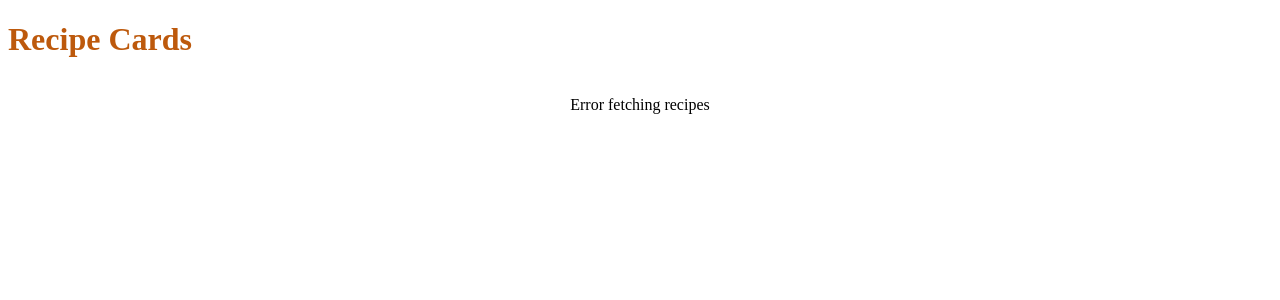
Repository: SharonSebastian32/food-search-filter-
Page: index.html
These files come from the project's save history. The page is drawn as it stood at one moment and after a run of saves; the edit follows.
The browser window is 1280 px wide. The pictures show the whole page.
The page's requests for data from a server got no answer.

Above is the page before, as saved 2024-10-11 11:24:44.

### index.html
<!DOCTYPE html>
<html lang="en">
  <head>
    <meta charset="UTF-8" />
    <meta name="viewport" content="width=device-width, initial-scale=1.0" />
    <title>Recipe Cards</title>
    <style>
      .card {
        border: 1px solid #ddd;
        border-radius: 10px;
        padding: 20px;
        margin: 20px;
        box-shadow: 0 4px 8px rgba(0, 0, 0, 0.1);
        width: 300px;
        display: inline-block;
        vertical-align: top;
      }
      .card img {
        max-width: 100%;
        border-radius: 10px;
      }
      .card h2 {
        font-size: 24px;
        margin: 0 0 10px 0;
      }
      .card p {
        margin: 5px 0;
      }
      .card hr {
        margin: 20px 0;
        border: none;
        border-top: 1px solid #ddd;
      }
      .card-container {
        display: flex;
        flex-direction: row;
        flex-wrap: wrap;
        justify-content: space-around;
      }
      #head1 {
        color: rgb(189, 89, 12);
        font
      }
    </style>
  </head>
  <body>
    <h1 id="head1">Recipe Cards</h1>

    <div id="recipe-root" class="card-container"></div>
    <!-- This is where the recipe cards will be displayed -->

    <script src="./index.js"></script>
  </body>
</html>

### index.js
// Fetch data from the DummyJSON API for recipes
fetch("https://dummyjson.com/recipes")
  .then((response) => response.json()) // Parse the response to JSON
  .then((data) => {
    const recipeContainer = document.getElementById("recipe-root"); // Select the container where the cards will be displayed
    let recipeContent = ""; // Variable to hold the generated HTML

    // Loop through each recipe in the fetched data
    data.recipes.forEach(function (recipe) {
      recipeContent += `
        <div class="card">
          <img src="${recipe.image}" alt="${recipe.name}">
          <h2>${recipe.name}</h2>
          <p><strong>Cuisine:</strong> ${recipe.cuisine}</p>
          <p><strong>Ingredients:</strong> ${recipe.ingredients.join(", ")}</p>
        </div>
      `;
    });

    // Insert the generated HTML content into the selected div
    recipeContainer.innerHTML = recipeContent;
  })
  .catch((error) => {
    console.error("Error fetching recipes:", error); // Log any errors
    const recipeContainer = document.getElementById("recipe-root");
    recipeContainer.innerHTML = "<p>Error fetching recipes</p>"; // Show an error message on the page
  });

After the next 4 saves:
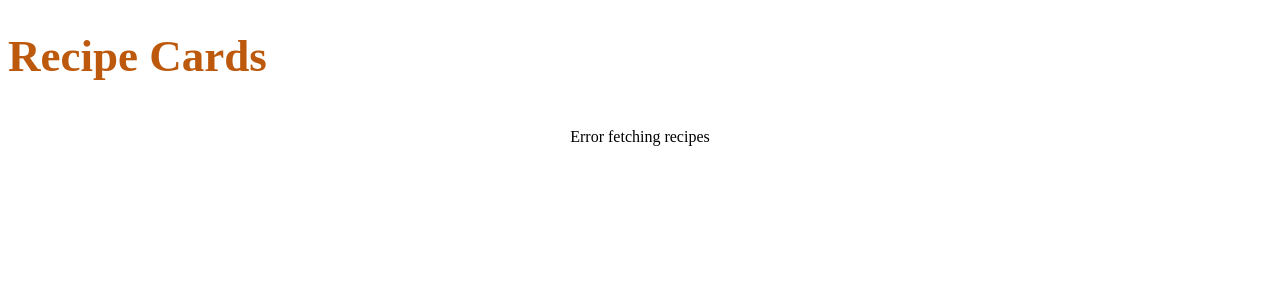
The 4 saves are shown as one change because they came seconds apart.
The last was saved 11 s later.
--- a/index.html
+++ b/index.html
@@ -39,7 +39,8 @@
       }
       #head1 {
         color: rgb(189, 89, 12);
-        font
+        font-size: 45px;
+        font-weight: ;
       }
     </style>
   </head>
